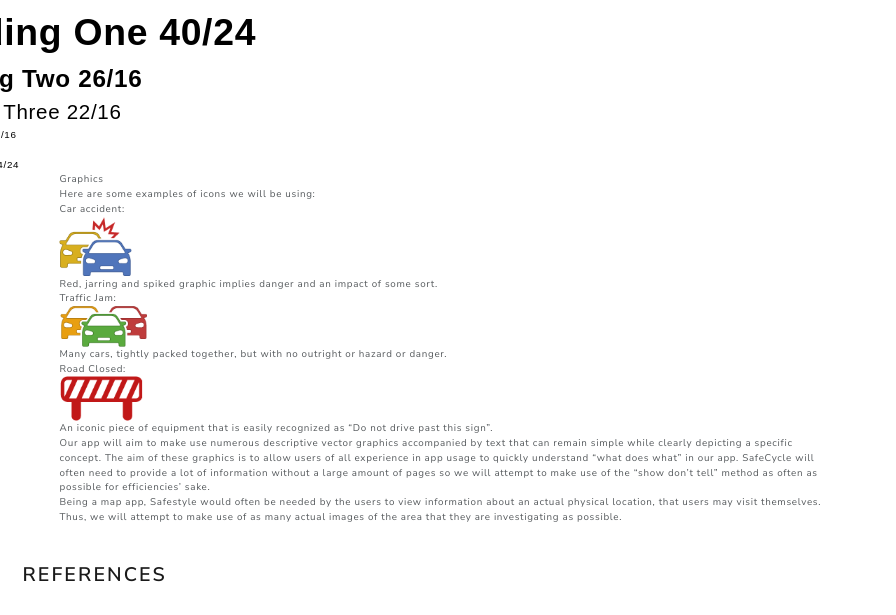
Repository: Aladdin3r/safecycle-styleguide
Page: /
These files come from the project's save history. The page is drawn as it stood at one moment and after the next save; the edit follows.
The browser window is 1280 px wide. The pictures show the part of the page from y = 2716 to 4636 px (the page is 3594 px tall before and 5319 px after), at 70% of full size.
The project was rebuilt for these pictures with package versions that can differ from the ones it lists, and the page was loaded fresh each time. The framework's server and built-in components were replaced by stand-ins that run in the browser. Also part of the build but not shown: next.config.mjs.

Above is the page before, as saved 2024-04-09 21:56:43.

### pages/_app.js
import "@/styles/globals.css";
import "@/styles/bootstrap.min.css";
import { useEffect } from "react";


export default function App({ Component, pageProps }) {

  useEffect(() => {
    require("bootstrap/dist/js/bootstrap.bundle.min.js");
  }, []);
  return <Component {...pageProps} />;
}

### pages/index.js
import Head from "next/head";
import styles from "@/styles/Home.module.css"

export default function Home() {

  return (
    <>
      <Head>
        <title>SafeCycle Styleguide</title>
        <meta name="description"
        content=
        "Created by Rawan Aladdin, Nea Pieroelie, Andrew Turitsa."
       />
        <meta name="viewport" content="width=device-width, initial-scale=1" />
        <link rel="icon" href="/favicon1.svg" />
      </Head>
      <nav class="navbar navbar-expand-lg bg-light sticky-top" data-bs-theme="light">
        <div class="container-fluid">
          <a class="navbar-brand" href="#">SafeCycle</a>
          <button class="navbar-toggler" type="button" data-bs-toggle="collapse" data-bs-target="#navbarColor03" aria-controls="navbarColor03" aria-expanded="false" aria-label="Toggle navigation">
            <span class="navbar-toggler-icon"></span>
          </button>
          <div class="collapse navbar-collapse" id="navbarColor03">
            <ul class="navbar-nav me-auto">
              <li class="nav-item">
                <a class="nav-link active" href="#">Home</a>
              </li>
              <li class="nav-item">
                <a class="nav-link" href="#logo">Logo</a>
              </li>
              <li class="nav-item">
                <a class="nav-link" href="#colours">Colours</a>
              </li>
              <li class="nav-item">
                <a class="nav-link" href="#types">Typography, Imagery, Graphics</a>
              </li>
              <li class="nav-item">
                <a class="nav-link" href="#refs">References</a>
              </li>
            </ul>
          </div>
        </div>
      </nav>
      <main>
      <div class="jumbotron">
        <h1 class="display-3 mt-5 pt-5">SafeCycle</h1>
        <p class="display-4 pb-5">Styleguide</p>
        <hr class="my-5"/>
        <p class="mb-5">Rawan Aladdin, Nea Pieroelie, Andrew Turitsa</p>
        <p class="lead mb-5">
          <a class="btn btn-primary btn-lg my-5" href="#logo" role="button">Start the guide</a>
        </p>
      </div>
      <div id="logo" class="p-4">
        <h2 class="p-2 mt-3">Logo Design</h2>
        <p class="p-3">
          Logo font choice: DIN condensed bold
          colours: #F0983F orange #911C12 red #AD5C0A pale orange
        </p>
        <div class="container">
          <div class="card-group">
              <div class="row">
                <div className="col-sm-4">
                  <div class="bg-primary card text-white mb-3" className={styles.card}>
                    <div class="card-body">
                      <h4 class="card-title">Full-colour logo</h4>
                      <img class="card-img-top" src="/fullcolourlogo.svg" alt="full-colour logo"></img>
                      <p class="card-text">Some quick example text to build on the card title and make up the bulk of the card's content. blah blah blah</p>
                    </div>
                  </div>
                </div>

                <div className="col-sm-4">
                  <div class="bg-primary card text-white mb-3" className={styles.card}>
                  <div class="card-body">
                    <h4 class="card-title">Black and white Logo</h4>
                    <img class="card-img-top" src="/blackandwhitelogo.svg" alt="black and white logo"></img>
                    <p class="card-text">Some quick example text to build on the card title and make up the bulk of the card's content.</p>
                  </div>
                  </div>
                </div>

                <div className="col-sm-4">
                  <div class="bg-primary card text-white mb-3" className={styles.card}>
                  <div class="card-body">
                    <h4 class="card-title">Greyscale Logo</h4>
                    <img class="card-img-top" src="/greyscalelogo.svg" alt="greyscale logo"></img>
                    <p class="card-text">Some quick example text to build on the card title and make up the bulk of the card's content.</p>
                  </div>
                  </div>
                </div>

              </div>

              <div class="row">
                <div className="col-sm-4">
                  <div class="bg-primary card text-white mb-3" className={styles.card}>
                    <div class="card-body">
                      <h4 class="card-title">Monochromatic logo</h4>
                      <img class="card-img-top" src="/monochromatic.svg" alt="Monochromatic logo"></img>
                      <p class="card-text">Some quick example text to build on the card title and make up the bulk of the card's content. blah blah blah</p>
                    </div>
                  </div>
                </div>

                <div className="col-sm-4">
                  <div class="bg-primary card text-white mb-3" className={styles.card}>
                  <div class="card-body">
                    <h4 class="card-title">Horizontal version of full-colour Logo</h4>
                    <img class="card-img-top" src="/horizontalfullcolour.svg" alt="horizontal full colour logo"></img>
                    <p class="card-text">Some quick example text to build on the card title and make up the bulk of the card's content.</p>
                  </div>
                  </div>

              </div>

              <div className="col-sm-4">
                <div class="bg-primary card  text-white mb-3" className={styles.card}>
                <div class="card-body">
                  <h4 class="card-title">Stacked/vertical version of full-colour Logo</h4>
                  <img class="card-img-top" src="/verticalfullcolour.svg" alt="stacked/vertical colour logo"></img>
                  <p class="card-text">Some quick example text to build on the card title and make up the bulk of the card's content.</p>
                </div>
                </div>
              </div>
            </div>
            <div class="row">
                <div className="col-sm-4">
                  <div class="bg-primary card text-white mb-3" className={styles.card}>
                    <div class="card-body z-3">
                      <h4 class="card-title">16x16px Favicon</h4>
                      <img class="card-img-top" src="/favicon1.svg" alt="xs favicon"></img>
                      <p class="card-text">Some quick example text to build on the card title and make up the bulk of the card's content. blah blah blah</p>
                    </div>
                  </div>
                </div>

                <div className="col-sm-4">
                  <div class="bg-primary card  text-white mb-3" className={styles.card}>
                  <div class="card-body">
                    <h4 class="card-title">32x32px Favicon</h4>
                    <img class="card-img-top" src="/favicon2.svg" alt="small favicon"></img>
                    <p class="card-text">Some quick example text to build on the card title and make up the bulk of the card's content.</p>
                  </div>
                  </div>

              </div>

              <div className="col-sm-4">
                <div class="bg-primary card text-white mb-3" className={styles.card}>
                <div class="card-body">
                  <h4 class="card-title">48x48px Favicon</h4>
                  <img class="card-img-top" src="/favicon3.svg" alt="normal favicon"></img>
                  <p class="card-text">Some quick example text to build on the card title and make up the bulk of the card's content.</p>
                </div>
                </div>
              </div>
            </div>
          </div>
        </div>
      </div>
      <div id="colours" class="p-4">
        <h2 class="p-2">Colour Palette, Colour Accessibility</h2>
        <div class="container">

        </div>
      </div>
      <div id="types" class="p-4">
        <h2 class="p-2">Typography, Imagery, Graphics</h2>
        <div class="container">
        <p className={styles.typo_desc} class="p-3">
        The fonts used in SafeCycle will be a blend of Urbanist and Sarabun. They are both sans serif fonts that are not too fancy but also not too rigid and boring. We believe that these fonts have a charming blend of simple, practical functionality and the calming, welcoming feel of a guidance application.  The characters of the Urbanist font are slightly more block-like, so this font will be used primary for heading and standalone words or phrases. Sarabun's characters on the other hand have a more natural curves and shaped, so this more elegant font will be used for body text and paragraphs.
        </p>
        <div className={styles.h1Typo}>Heading One 40/24</div>
        <div className={styles.h2Typo}>Heading Two 26/16</div>
        <div className={styles.h3Typo}>Heading Three 22/16</div>
        <div className={styles.h4Typo}>Heading Four 20/16</div>
        <div className={styles.BodyTypo}>Body 14/24</div>
        <div className={styles.ButtonMetaTypo}>Button + Meta 14/24</div>
        <div>Graphics</div>
        <div>Here are some examples of icons we will be using:</div>
        <div>Car accident:</div>
        <img class="carCrash" src="/carCrash.png" alt="Car Accident"></img>
        <div>Red, jarring and spiked graphic implies danger and an impact of some sort.</div>
        <div>Traffic Jam:</div>
        <img class="traffic" src="/traffic.png" alt="Traffic"></img>
        <div>Many cars, tightly packed together, but with no outright or hazard or danger.</div>
        <div>Road Closed:</div>
        <img class="RoadClosed" src="/RoadClosed.png" alt="Raod Closed"></img>
        <div>An iconic piece of equipment that is easily recognized as “Do not drive past this sign”.</div>
        <div>Our app will aim to make use numerous descriptive vector graphics accompanied by text that can remain simple while clearly depicting a specific concept. The aim of these graphics is to allow users of all experience in app usage to quickly understand “what does what” in our app. SafeCycle will often need to provide a lot of information without a large amount of pages so we will attempt to make use of the “show don’t tell” method as often as possible for efficiencies’ sake.</div>
        <div>Being a map app, Safestyle would often be needed by the users to view information about an actual physical location, that users may visit themselves. Thus, we will attempt to make use of as many actual images of the area that they are investigating as possible.</div>


        </div>
        </div>
      <div id="refs" class="p-4">
        <h2 class="p-2">References</h2>
        <div class="container">

        </div>
      </div>
      </main>
    </>
  );
}

### styles/Home.module.css
.main {
  display: flex;
  flex-direction: column;
  justify-content: space-between;
  align-items: center;
  padding: 6rem;
  min-height: 100vh;
}
.card{
  max-width: 30em;
}

.typo_desc{
  margin-left: -14.5em;

}
.h1Typo {
  font-family: "Urbanist", sans-serif;
  font-style: bold;
  font-size: 40pt;
  font-weight: 900;
  color: black;
  margin-left: -4em;
}
.h2Typo {
  font-family: "Urbanist", sans-serif;
  font-style: bold;
  font-size: 26pt;
  font-weight: 600;
  color: black;
  margin-left: -6em;
}
.h3Typo {
  font-family: "Urbanist", sans-serif;
  font-style: bold;
  font-size: 22pt;
  font-weight: 500;
  color: black;
  margin-left: -7em;
}
.h4Typo {
  font-family: "Urbanist", sans-serif;
  font-style: bold;
  font-size: 20;
  font-weight: 500;
  color: black;
  margin-left: -14.5em;
}

.BodyTypo {
  font-family: "Sarabun", sans-serif;
  font-weight:500;
  font-style: normal;
  color: black;
  font-size: 18;
  margin-left: -14.5em;
}
.ButtonMetaTypo {
  font-family: "Sarabun", sans-serif;
  font-weight:500;
  font-style: normal;
  color: black;
  font-size: 18;
  margin-left: -14.5em;
}

Loaded but not shown: pages/_document.js (common file); styles/globals.css (common file); styles/bootstrap.min.css (library)

After the next save:
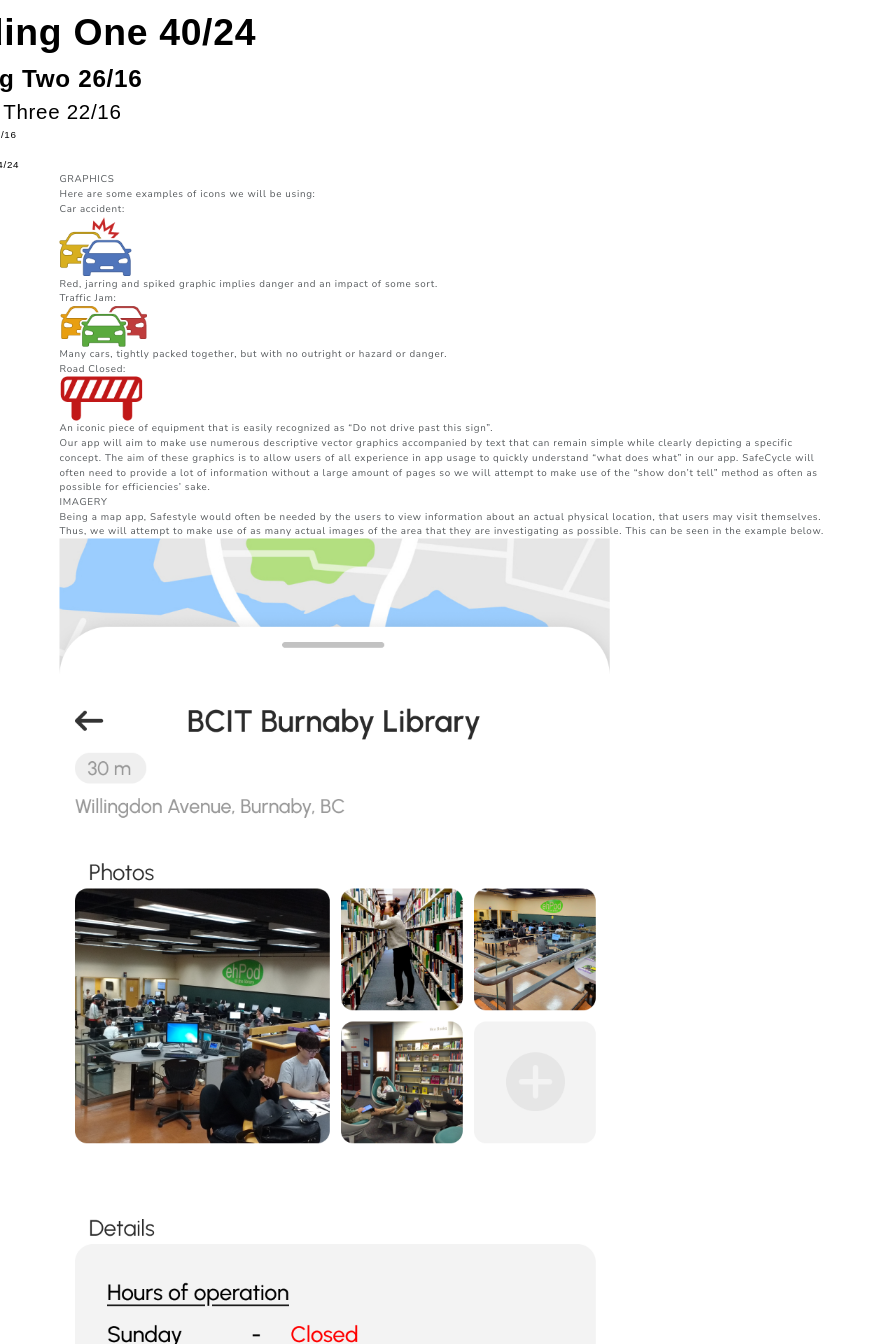
Saved 7 min 32 s later.
--- a/pages/index.js
+++ b/pages/index.js
@@ -177,7 +177,7 @@
         <div className={styles.h4Typo}>Heading Four 20/16</div>
         <div className={styles.BodyTypo}>Body 14/24</div>
         <div className={styles.ButtonMetaTypo}>Button + Meta 14/24</div>
-        <div>Graphics</div>
+        <div>GRAPHICS</div>
         <div>Here are some examples of icons we will be using:</div>
         <div>Car accident:</div>
         <img class="carCrash" src="/carCrash.png" alt="Car Accident"></img>
@@ -189,7 +189,9 @@
         <img class="RoadClosed" src="/RoadClosed.png" alt="Raod Closed"></img>
         <div>An iconic piece of equipment that is easily recognized as “Do not drive past this sign”.</div>
         <div>Our app will aim to make use numerous descriptive vector graphics accompanied by text that can remain simple while clearly depicting a specific concept. The aim of these graphics is to allow users of all experience in app usage to quickly understand “what does what” in our app. SafeCycle will often need to provide a lot of information without a large amount of pages so we will attempt to make use of the “show don’t tell” method as often as possible for efficiencies’ sake.</div>
-        <div>Being a map app, Safestyle would often be needed by the users to view information about an actual physical location, that users may visit themselves. Thus, we will attempt to make use of as many actual images of the area that they are investigating as possible.</div>
+        <div>IMAGERY</div>
+        <div>Being a map app, Safestyle would often be needed by the users to view information about an actual physical location, that users may visit themselves. Thus, we will attempt to make use of as many actual images of the area that they are investigating as possible. This can be seen in the example below.</div>
+        <img class="locationPage" src="/locationPage.png" alt="Location Page"></img>
 
 
         </div>
